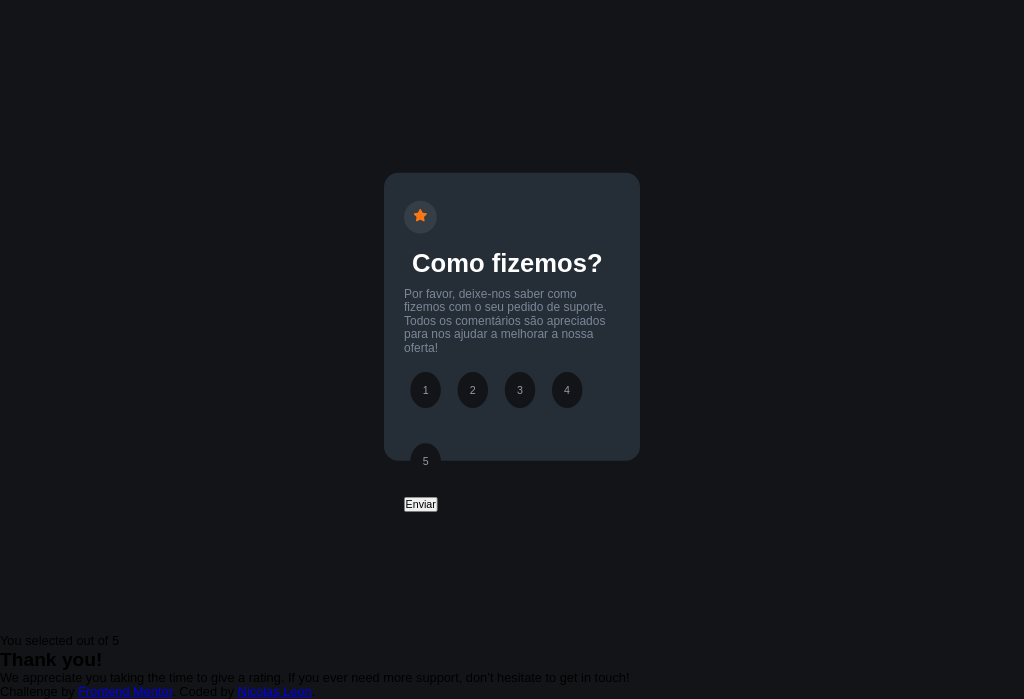
Repository: Leonngc/projeto-avaliacao
Page: index.html
The author's editor kept a copy of each file at every save. The page is drawn from the files as they stood at one save, then again after the next save.
The browser window is 1280 px wide. The pictures show the whole page, at 80% of full size.
Some web fonts or font styles are not loaded; a fallback is used.

Above is the page before, as saved 2023-01-26 11:33:55.

After the next save:
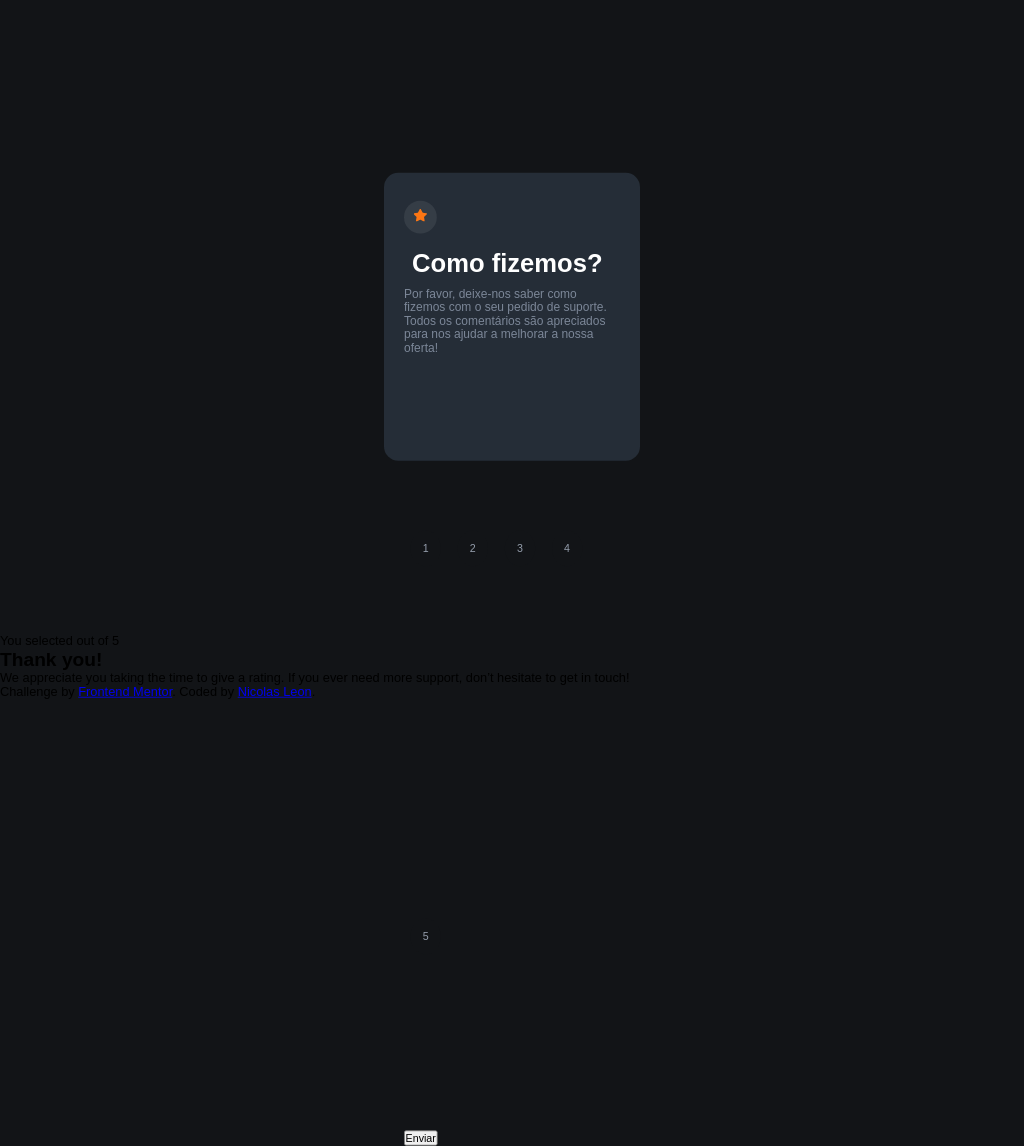
Saved 6 s later.
--- a/styles/style.css
+++ b/styles/style.css
@@ -48,7 +48,7 @@ span > img{
 }
 
 .avaliation{
-    margin: 22px 8px;
+    margin: 220px 8px;
     border-radius: 66%;
     padding: 15px;
     border: none;
